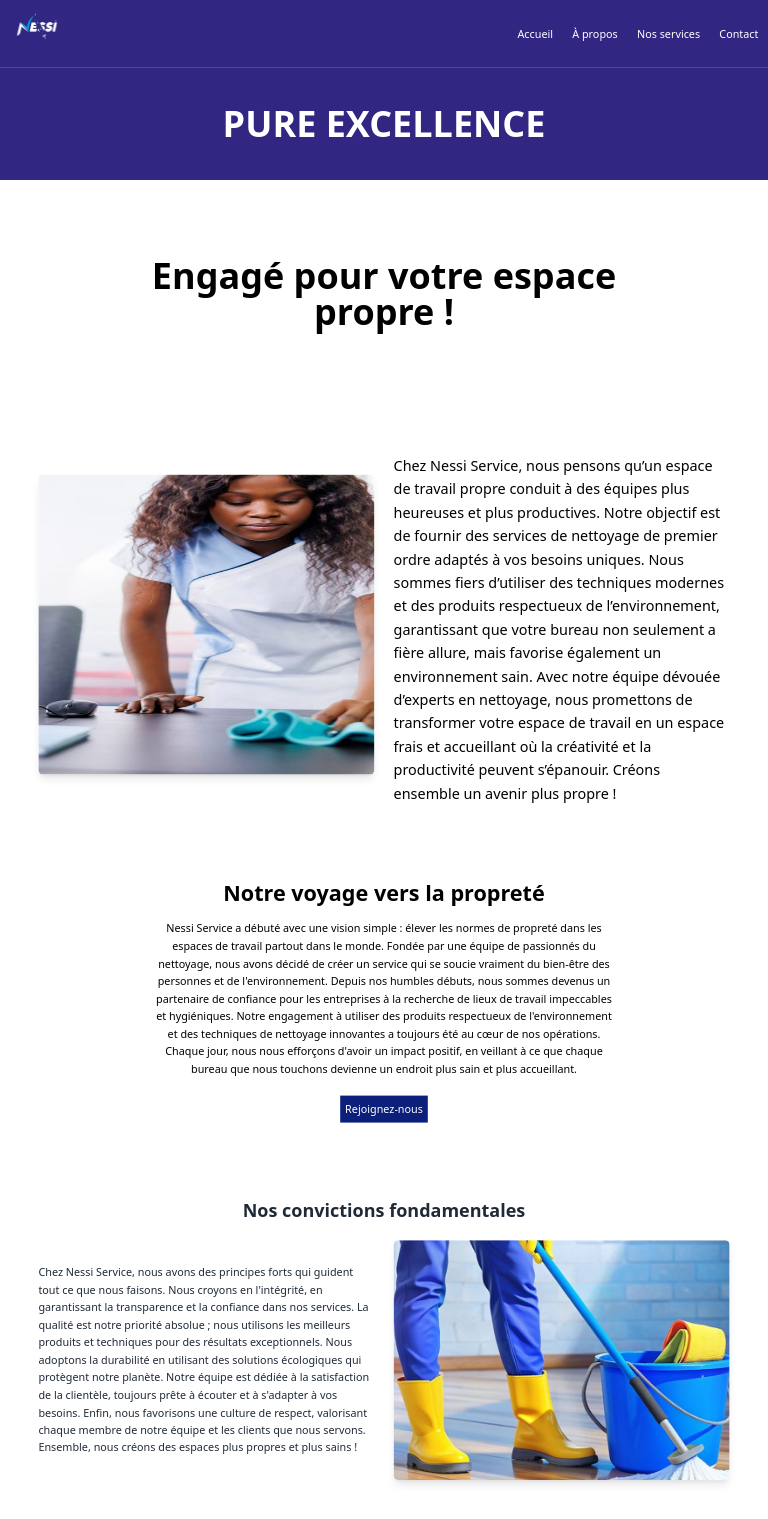
Repository: MDiouf9/Nessi
Page: /About
An editor plug-in stored every save of this project. The page is shown before and after the next save, followed by the edit.
The browser window is 1280 px wide. The pictures show the whole page, at 60% of full size.
The project was rebuilt for these pictures with package versions that can differ from the ones it lists, and the page was loaded fresh each time. Also part of the build but not shown: vite.config.js, src/Global.css, src/App.css, src/components/Footer.jsx, src/Pages/Home.jsx, src/Pages/NotFound.jsx, src/components/Countries.jsx, src/Pages/Services.jsx and 1 more.

Above is the page before, as saved 2025-03-10 18:38:49.

After the next save:
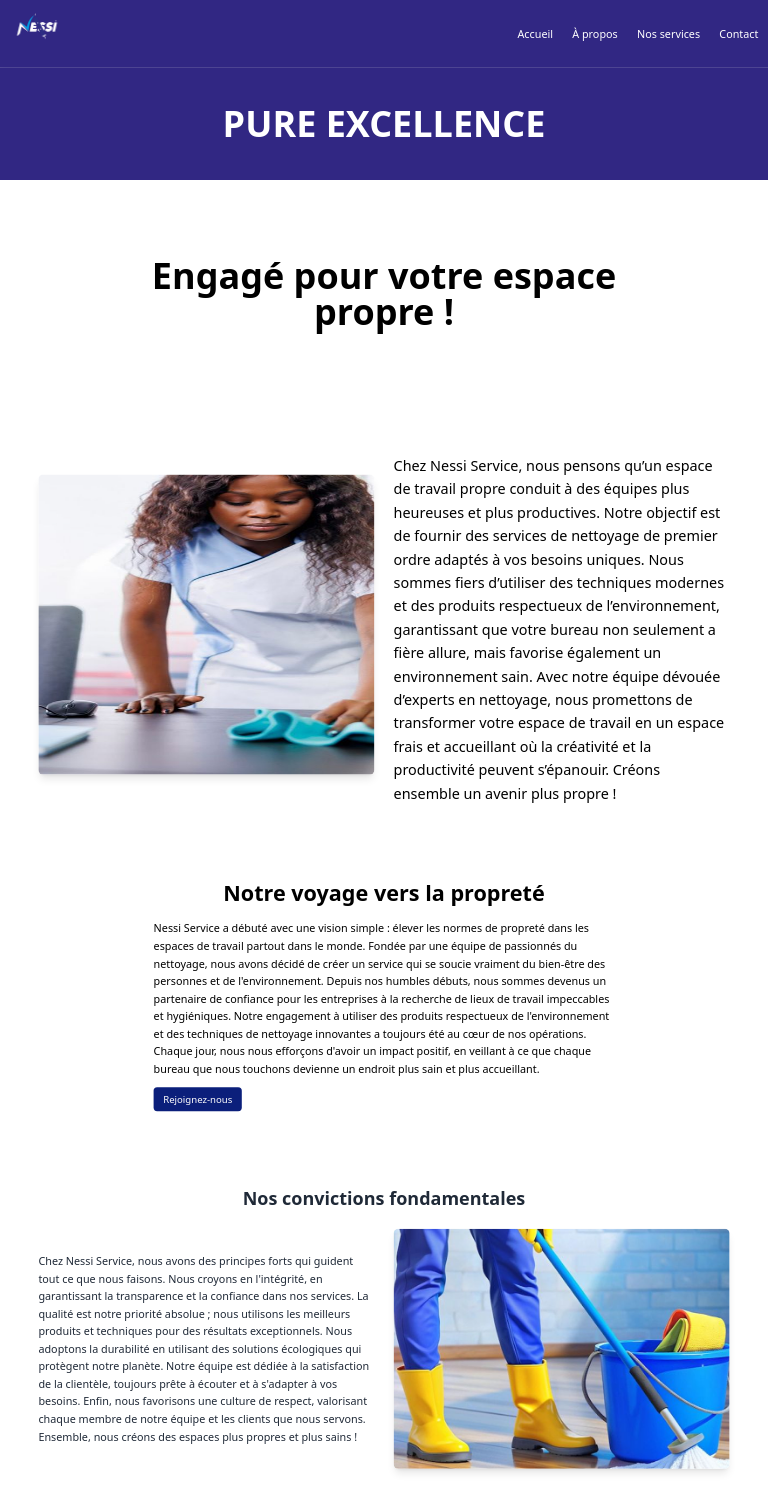
Saved 61 s later.
--- a/src/components/SectionTexte.jsx
+++ b/src/components/SectionTexte.jsx
@@ -1,20 +1,25 @@
 const OurJourneySection = () => {
     return (
-      <section className=" text-black py-16 px-6 md:px-16">
+      <section className="text-black py-16 px-6 md:px-16">
         <div className="container mx-auto text-center">
           {/* Titre */}
           <h2 className="text-4xl font-bold mb-6">Notre voyage vers la propreté</h2>
 
-          {/* Texte */}
-          <p className="text-lg leading-relaxed max-w-3xl mx-auto">
-            Nessi Service a débuté avec une vision simple : élever les normes de propreté dans les espaces de travail partout dans le monde.
-            Fondée par une équipe de passionnés du nettoyage, nous avons décidé de créer un service qui se soucie vraiment du bien-être des personnes et de l'environnement.
-            Depuis nos humbles débuts, nous sommes devenus un partenaire de confiance pour les entreprises à la recherche de lieux de travail impeccables et hygiéniques.
-            Notre engagement à utiliser des produits respectueux de l'environnement et des techniques de nettoyage innovantes a toujours été au cœur de nos opérations.
-            Chaque jour, nous nous efforçons d'avoir un impact positif, en veillant à ce que chaque bureau que nous touchons devienne un endroit plus sain et plus accueillant.
-            <br /> <br />
-             <button className="left bg-[#0B1F7B] p-2 text-white">Rejoignez-nous</button>
-          </p>
+          {/* Texte + bouton aligné à gauche */}
+          <div className="max-w-3xl mx-auto text-left">
+            <p className="text-lg leading-relaxed">
+              Nessi Service a débuté avec une vision simple : élever les normes de propreté dans les espaces de travail partout dans le monde.
+              Fondée par une équipe de passionnés du nettoyage, nous avons décidé de créer un service qui se soucie vraiment du bien-être des personnes et de l'environnement.
+              Depuis nos humbles débuts, nous sommes devenus un partenaire de confiance pour les entreprises à la recherche de lieux de travail impeccables et hygiéniques.
+              Notre engagement à utiliser des produits respectueux de l'environnement et des techniques de nettoyage innovantes a toujours été au cœur de nos opérations.
+              Chaque jour, nous nous efforçons d'avoir un impact positif, en veillant à ce que chaque bureau que nous touchons devienne un endroit plus sain et plus accueillant.
+            </p>
+
+            {/* Bouton aligné à gauche */}
+            <div className="mt-4">
+              <button className="bg-[#0B1F7B] px-4 py-2 text-white rounded-md">Rejoignez-nous</button>
+            </div>
+          </div>
         </div>
       </section>
     );
